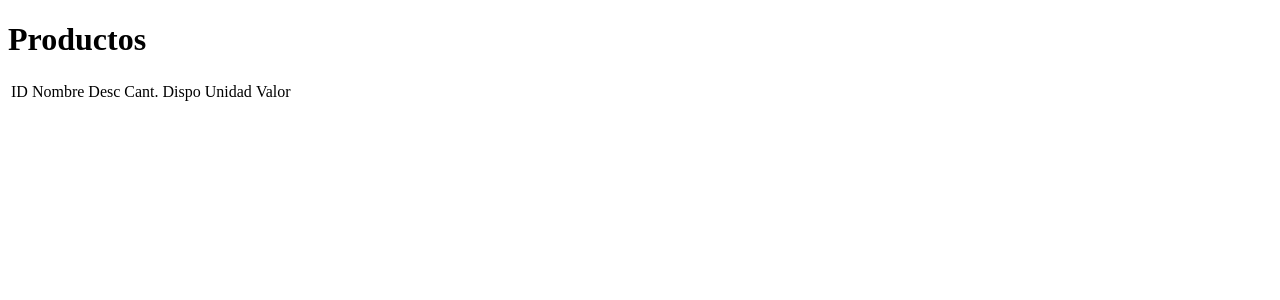
Repository: Feliphegomez/HS_Todo1
Page: http://localhost/HulkStore/vistas/listar.jsp
An editor plug-in stored every save of this project. The page is shown before and after the next save, followed by the edit.
The browser window is 1280 px wide. The pictures show the whole page.
The page is served by Tomcat 9. Other server files are loaded and not shown.

Above is the page before, as saved 2020-03-26 13:33:11.

### KardexWeb/HulkStore/WebContent/vistas/listar.jsp
<%@ page language="java" contentType="text/html; charset=ISO-8859-1"
    pageEncoding="ISO-8859-1"%>
<!DOCTYPE html>
<html>
<head>
<meta charset="ISO-8859-1">
<title>Insert title here</title>
</head>
<body>
	 <h1>Productos</h1>
	 <table>
	 	<thead>
		 	<tr>
		 		<td>ID</td>
		 		<td>Nombre</td>
		 		<td>Desc</td>
		 		<td>Cant. Dispo</td>
		 		<td>Unidad</td>
		 		<td>Valor</td>
		 	</tr>
	 	</thead>
	 	<tbody>
	 		<tr>
	 			<td></td>
	 			<td></td>
	 			<td></td>
	 			<td></td>
	 			<td></td>
	 			<td></td>
	 		</tr>
	 	</tbody>
	 </table>
</body>
</html>

After the next save:
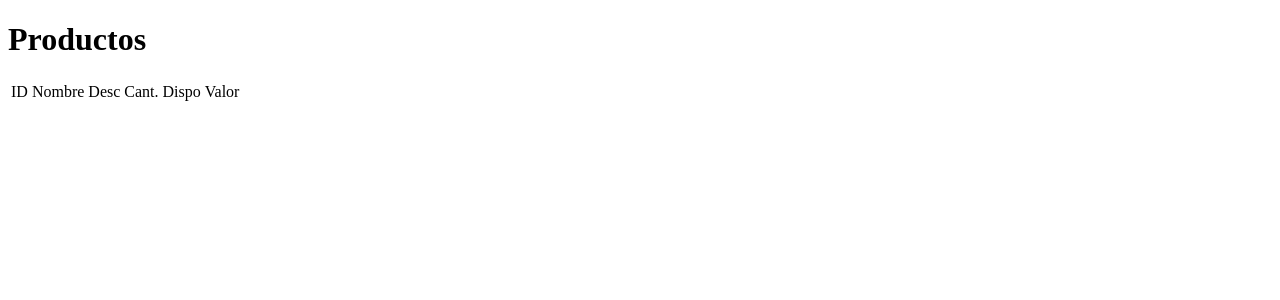
Saved 13 s later.
--- a/KardexWeb/HulkStore/WebContent/vistas/listar.jsp
+++ b/KardexWeb/HulkStore/WebContent/vistas/listar.jsp
@@ -15,7 +15,6 @@
 		 		<td>Nombre</td>
 		 		<td>Desc</td>
 		 		<td>Cant. Dispo</td>
-		 		<td>Unidad</td>
 		 		<td>Valor</td>
 		 	</tr>
 	 	</thead>
@@ -26,7 +25,6 @@
 	 			<td></td>
 	 			<td></td>
 	 			<td></td>
-	 			<td></td>
 	 		</tr>
 	 	</tbody>
 	 </table>
